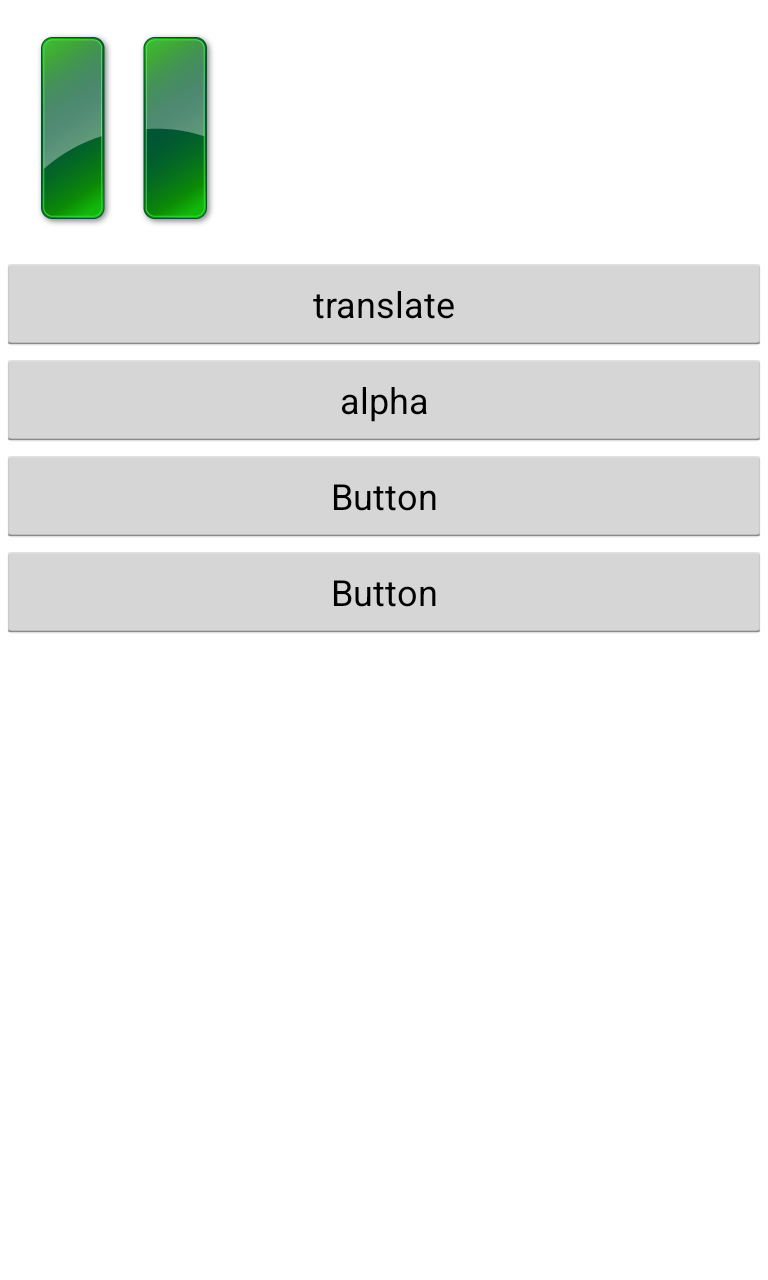
Repository: ChenLongAHXC/AndroidPractice
Layout: Animation/res/layout/activity_main.xml
These files come from the project's save history. The layout is drawn as it stood at one moment and after the next save; the edit follows.
It is drawn on a 768 x 1280 px phone screen (xhdpi) without system bars, with theme AppTheme; the app's code is not run.

Above is the layout before, as saved 2014-04-21 07:42:42.

### Animation/res/layout/activity_main.xml
<LinearLayout xmlns:android="http://schemas.android.com/apk/res/android"
    xmlns:tools="http://schemas.android.com/tools"
    android:layout_width="match_parent"
    android:layout_height="match_parent"
    android:orientation="vertical">

    <ImageView
        android:id="@+id/imageView1"
        android:layout_width="wrap_content"
        android:layout_height="wrap_content"
        android:src="@drawable/pause" />

    <Button
        android:id="@+id/translate"
        android:layout_width="match_parent"
        android:layout_height="wrap_content"
        android:text="translate" />

    <Button
        android:id="@+id/alpha"
        android:layout_width="match_parent"
        android:layout_height="wrap_content"
        android:text="alpha" />

    <Button
        android:id="@+id/button3"
        android:layout_width="match_parent"
        android:layout_height="wrap_content"
        android:text="Button" />

    <Button
        android:id="@+id/button4"
        android:layout_width="match_parent"
        android:layout_height="wrap_content"
        android:text="Button" />

</LinearLayout>

Loaded but not shown: Animation/res/values/styles.xml (common file); Animation/res/values-v11/styles.xml (common file); Animation/res/values-v14/styles.xml (common file)

After the next save:
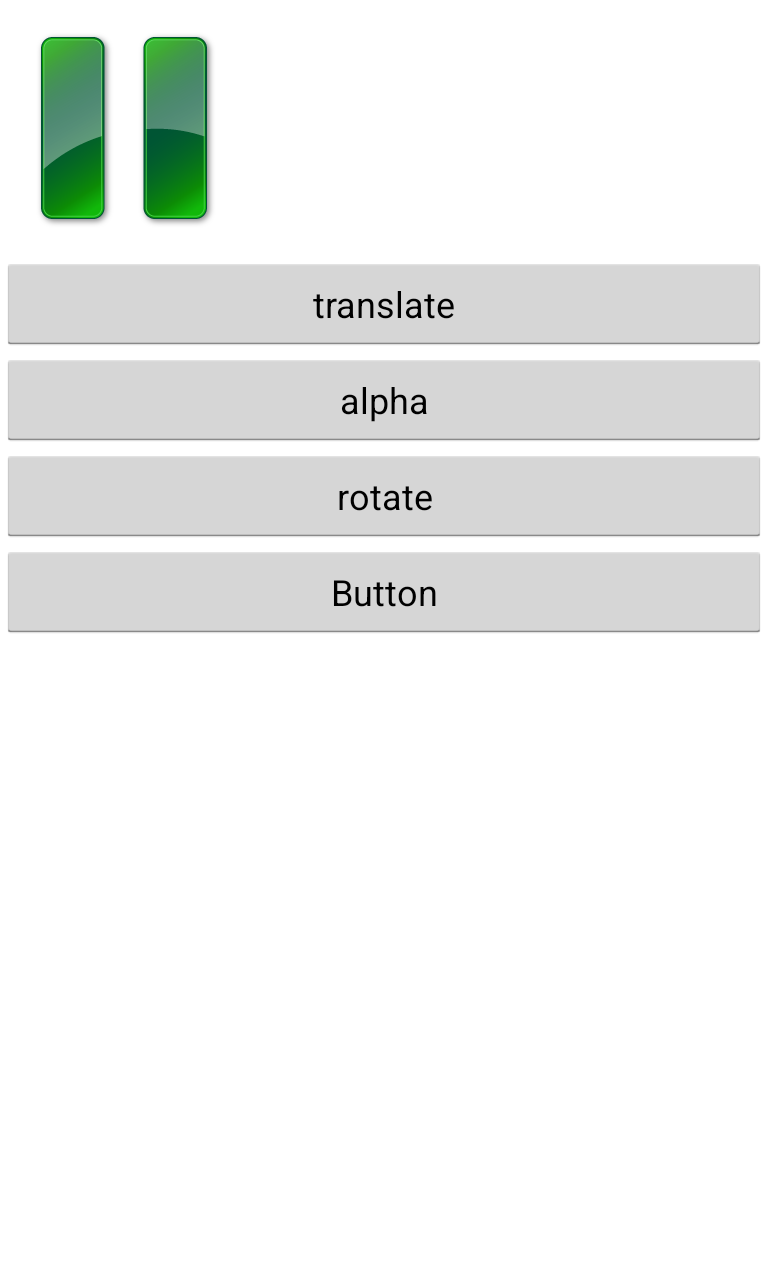
Saved 15 s later.
--- a/Animation/res/layout/activity_main.xml
+++ b/Animation/res/layout/activity_main.xml
@@ -23,10 +23,10 @@
         android:text="alpha" />
 
     <Button
-        android:id="@+id/button3"
+        android:id="@+id/rotate"
         android:layout_width="match_parent"
         android:layout_height="wrap_content"
-        android:text="Button" />
+        android:text="rotate" />
 
     <Button
         android:id="@+id/button4"
